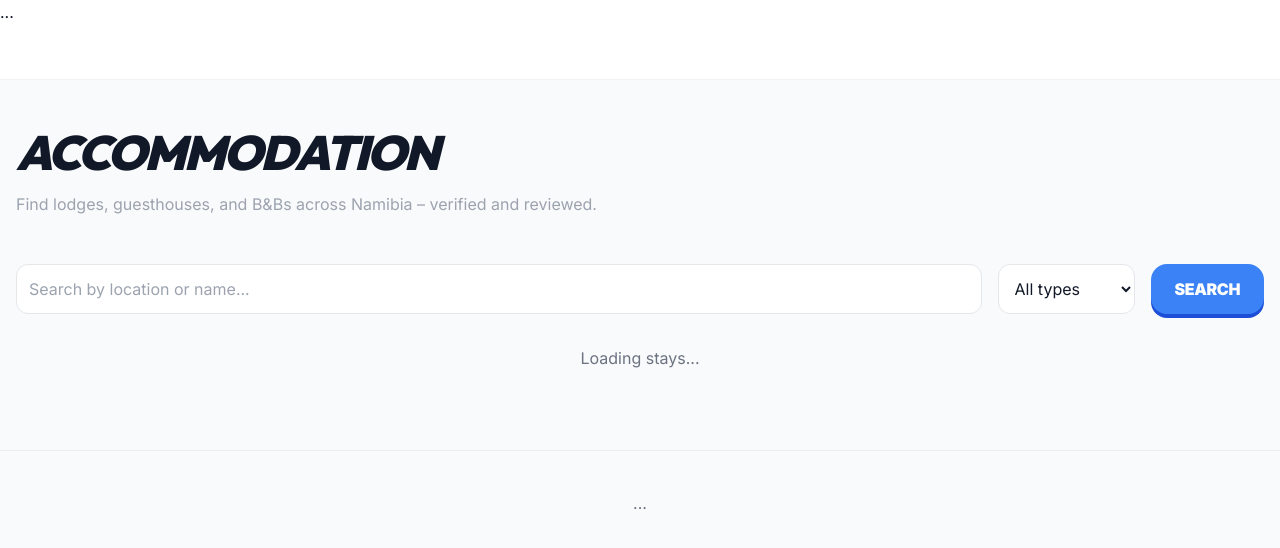
Repository: Paavo12/Localink
Page: frontend/accommodation.html
These files come from the project's save history. The page is drawn as it stood at one moment and after the next save; the edit follows.
The browser window is 1280 px wide. The pictures show the whole page.
The page's requests for data from a server got no answer. Some web libraries are served in a nearby version.

Above is the page before, as saved 2026-05-21 10:47:40.

### frontend/accommodation.html
<!DOCTYPE html>
<html lang="en">
<head>
  <meta charset="UTF-8">
  <meta name="viewport" content="width=device-width, initial-scale=1.0">
  <title>Accommodation – NamibConnect</title>
  <script src="https://cdn.tailwindcss.com"></script>
  <link rel="stylesheet" href="styles.css">
  <script src="script.js" defer></script>
</head>
<body class="bg-[var(--bg-main)] text-[var(--text-main)]">

  <!-- Navbar -->
  <nav class="fixed top-0 left-0 right-0 z-50 glass-nav h-20">...</nav>

  <main class="pt-32 pb-20 max-w-7xl mx-auto px-4">
    <h1 class="text-5xl font-black uppercase italic tracking-tighter mb-4">Accommodation</h1>
    <p class="text-gray-400 mb-12">Find lodges, guesthouses, and B&Bs across Namibia – verified and reviewed.</p>

    <div class="flex gap-4 mb-8">
      <input type="text" id="accommodationSearch" placeholder="Search by location or name..." class="flex-1 p-3 border rounded-xl bg-[var(--card-bg)]">
      <select id="accommodationType" class="p-3 border rounded-xl bg-[var(--card-bg)]">
        <option value="">All types</option>
        <option>Lodge</option><option>Guesthouse</option><option>B&B</option><option>Hotel</option><option>Camping</option>
      </select>
      <button id="searchAccommodationBtn" class="btn-primary">Search</button>
    </div>

    <div id="accommodationGrid" class="grid grid-cols-1 md:grid-cols-3 gap-6">
      <!-- Dynamic results from API (businesses with category 'Accommodation') -->
      <div class="text-center text-gray-500 col-span-3">Loading stays...</div>
    </div>
  </main>

  <script>
    // This page reuses the search logic but filters category='Accommodation'
    async function loadAccommodation() {
      const search = document.getElementById('accommodationSearch')?.value || '';
      const type = document.getElementById('accommodationType')?.value || '';
      let url = '/api/businesses?category=Accommodation';
      if (search) url += `&search=${encodeURIComponent(search)}`;
      if (type) url += `&category=${encodeURIComponent(type)}`; // note: category filter replaced
      const res = await fetch(url);
      const businesses = await res.json();
      const grid = document.getElementById('accommodationGrid');
      if (!grid) return;
      if (businesses.length === 0) {
        grid.innerHTML = '<div class="col-span-3 text-center text-gray-500">No accommodation found</div>';
        return;
      }
      grid.innerHTML = businesses.map(b => `
        <div class="bg-[var(--card-bg)] p-6 rounded-3xl border">
          <h3 class="text-xl font-black">${b.name}</h3>
          <p class="text-gray-500 text-sm mt-2">${b.address || 'Location not specified'}</p>
          <div class="mt-4 flex justify-between items-center">
            <span class="badge-verified">${b.is_verified ? 'Verified' : 'Standard'}</span>
            <a href="business.html?id=${b.id}" class="btn-primary text-sm">View Details</a>
          </div>
        </div>
      `).join('');
    }
    document.getElementById('searchAccommodationBtn')?.addEventListener('click', loadAccommodation);
    document.getElementById('accommodationSearch')?.addEventListener('keyup', loadAccommodation);
    document.getElementById('accommodationType')?.addEventListener('change', loadAccommodation);
    loadAccommodation();
  </script>

  <!-- Footer -->
  <footer class="bg-[var(--bg-main)] border-t border-[var(--border-main)] py-10 text-center text-gray-500">...</footer>
</body>
</html>

### frontend/styles.css
/* styles.css – full with dark mode */
@import url('https://fonts.googleapis.com/css2?family=Inter:opsz,wght@14..32,100..900&family=Outfit:wght@100..900&display=swap');

:root {
  --bg-main: #F9FAFB;
  --text-main: #111827;
  --card-bg: #FFFFFF;
  --border-main: rgba(0,0,0,0.05);
  --accent-color: #3b82f6;
}
.dark {
  --bg-main: #0a0c10;
  --text-main: #F9FAFB;
  --card-bg: #161b22;
  --border-main: #30363d;
}
body {
  background-color: var(--bg-main);
  color: var(--text-main);
  transition: background-color 0.3s, color 0.3s;
  font-family: 'Inter', sans-serif;
}
h1, h2, h3, h4, h5, h6 {
  font-family: 'Outfit', sans-serif;
}
.glass-nav {
  background-color: var(--card-bg);
  border-bottom: 1px solid var(--border-main);
  backdrop-filter: blur(12px);
}
.bold-search {
  display: flex;
  align-items: center;
  background-color: var(--card-bg);
  border: 2px solid var(--border-main);
  border-radius: 1.5rem;
  box-shadow: 8px 8px 0 0 rgba(59,130,246,0.1);
  transition: all 0.2s;
}
.bold-search:focus-within {
  box-shadow: 12px 12px 0 0 rgba(59,130,246,0.15);
}
.btn-primary {
  background-color: var(--accent-color);
  color: white;
  padding: 0.75rem 1.5rem;
  border-radius: 1rem;
  font-weight: 900;
  text-transform: uppercase;
  letter-spacing: -0.025em;
  transition: all 0.2s;
  box-shadow: 0 4px 0 0 #1d4ed8;
  display: inline-block;
  text-align: center;
}
.btn-primary:hover {
  background-color: #2563eb;
  transform: translateY(-1px);
}
.btn-secondary {
  background-color: var(--card-bg);
  border: 2px solid var(--border-main);
  color: var(--text-main);
  padding: 0.75rem 1.5rem;
  border-radius: 1rem;
  font-weight: 900;
  text-transform: uppercase;
  transition: all 0.2s;
  box-shadow: 0 4px 0 0 var(--text-main);
  display: inline-block;
  text-align: center;
}
.shadow-neon {
  box-shadow: 0 0 15px rgba(59,130,246,0.5);
}
.badge-verified {
  background-color: rgba(59,130,246,0.1);
  color: var(--accent-color);
  font-size: 0.625rem;
  font-weight: 900;
  padding: 0.25rem 0.5rem;
  border-radius: 9999px;
  text-transform: uppercase;
  letter-spacing: 0.05em;
}
.transition-all {
  transition-property: all;
  transition-timing-function: cubic-bezier(0.4, 0, 0.2, 1);
  transition-duration: 0.2s;
}
.quote-form input, .quote-form textarea {
  background-color: var(--bg-main);
  border: 1px solid var(--border-main);
  border-radius: 1rem;
  padding: 0.75rem 1rem;
  color: var(--text-main);
  font-weight: 500;
  width: 100%;
}
.quote-form input:focus, .quote-form textarea:focus {
  outline: none;
  border-color: var(--accent-color);
}

Loaded but not shown: frontend/script.js (414 lines, source omitted)

After the next save:
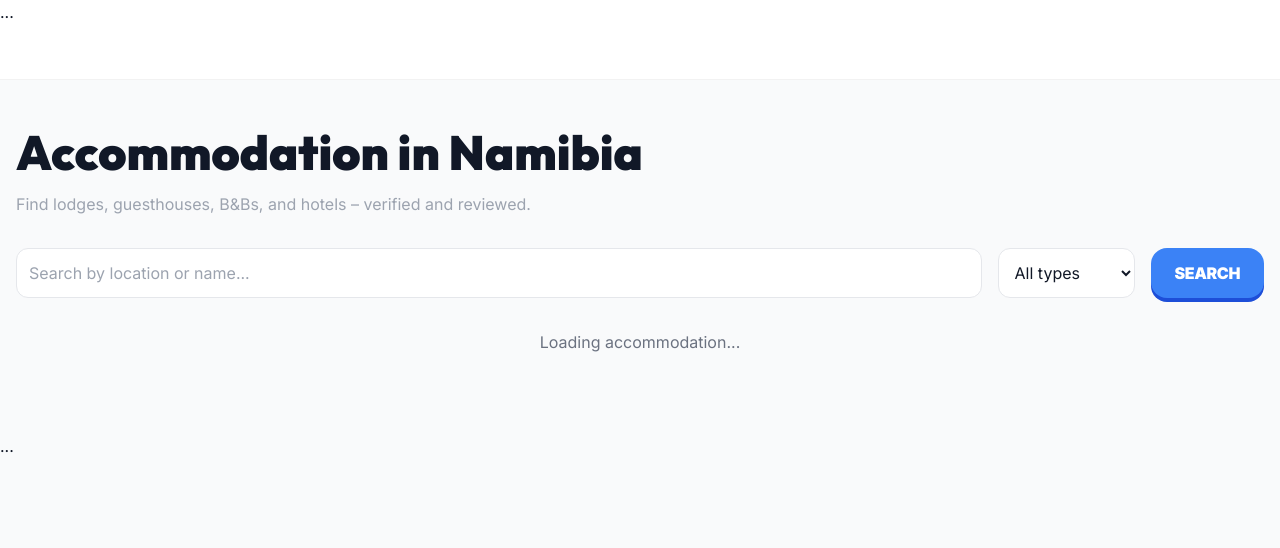
Saved 15 s later.
--- a/frontend/accommodation.html
+++ b/frontend/accommodation.html
@@ -10,13 +10,11 @@
 </head>
 <body class="bg-[var(--bg-main)] text-[var(--text-main)]">
 
-  <!-- Navbar -->
   <nav class="fixed top-0 left-0 right-0 z-50 glass-nav h-20">...</nav>
 
   <main class="pt-32 pb-20 max-w-7xl mx-auto px-4">
-    <h1 class="text-5xl font-black uppercase italic tracking-tighter mb-4">Accommodation</h1>
-    <p class="text-gray-400 mb-12">Find lodges, guesthouses, and B&Bs across Namibia – verified and reviewed.</p>
-
+    <h1 class="text-5xl font-black mb-4">Accommodation in Namibia</h1>
+    <p class="text-gray-400 mb-8">Find lodges, guesthouses, B&Bs, and hotels – verified and reviewed.</p>
     <div class="flex gap-4 mb-8">
       <input type="text" id="accommodationSearch" placeholder="Search by location or name..." class="flex-1 p-3 border rounded-xl bg-[var(--card-bg)]">
       <select id="accommodationType" class="p-3 border rounded-xl bg-[var(--card-bg)]">
@@ -25,21 +23,20 @@
       </select>
       <button id="searchAccommodationBtn" class="btn-primary">Search</button>
     </div>
-
     <div id="accommodationGrid" class="grid grid-cols-1 md:grid-cols-3 gap-6">
-      <!-- Dynamic results from API (businesses with category 'Accommodation') -->
-      <div class="text-center text-gray-500 col-span-3">Loading stays...</div>
+      <div class="col-span-3 text-center text-gray-500">Loading accommodation...</div>
     </div>
   </main>
 
+  <footer>...</footer>
+
   <script>
-    // This page reuses the search logic but filters category='Accommodation'
     async function loadAccommodation() {
       const search = document.getElementById('accommodationSearch')?.value || '';
       const type = document.getElementById('accommodationType')?.value || '';
       let url = '/api/businesses?category=Accommodation';
       if (search) url += `&search=${encodeURIComponent(search)}`;
-      if (type) url += `&category=${encodeURIComponent(type)}`; // note: category filter replaced
+      if (type) url += `&category=${encodeURIComponent(type)}`;
       const res = await fetch(url);
       const businesses = await res.json();
       const grid = document.getElementById('accommodationGrid');
@@ -64,8 +61,5 @@
     document.getElementById('accommodationType')?.addEventListener('change', loadAccommodation);
     loadAccommodation();
   </script>
-
-  <!-- Footer -->
-  <footer class="bg-[var(--bg-main)] border-t border-[var(--border-main)] py-10 text-center text-gray-500">...</footer>
 </body>
 </html>
